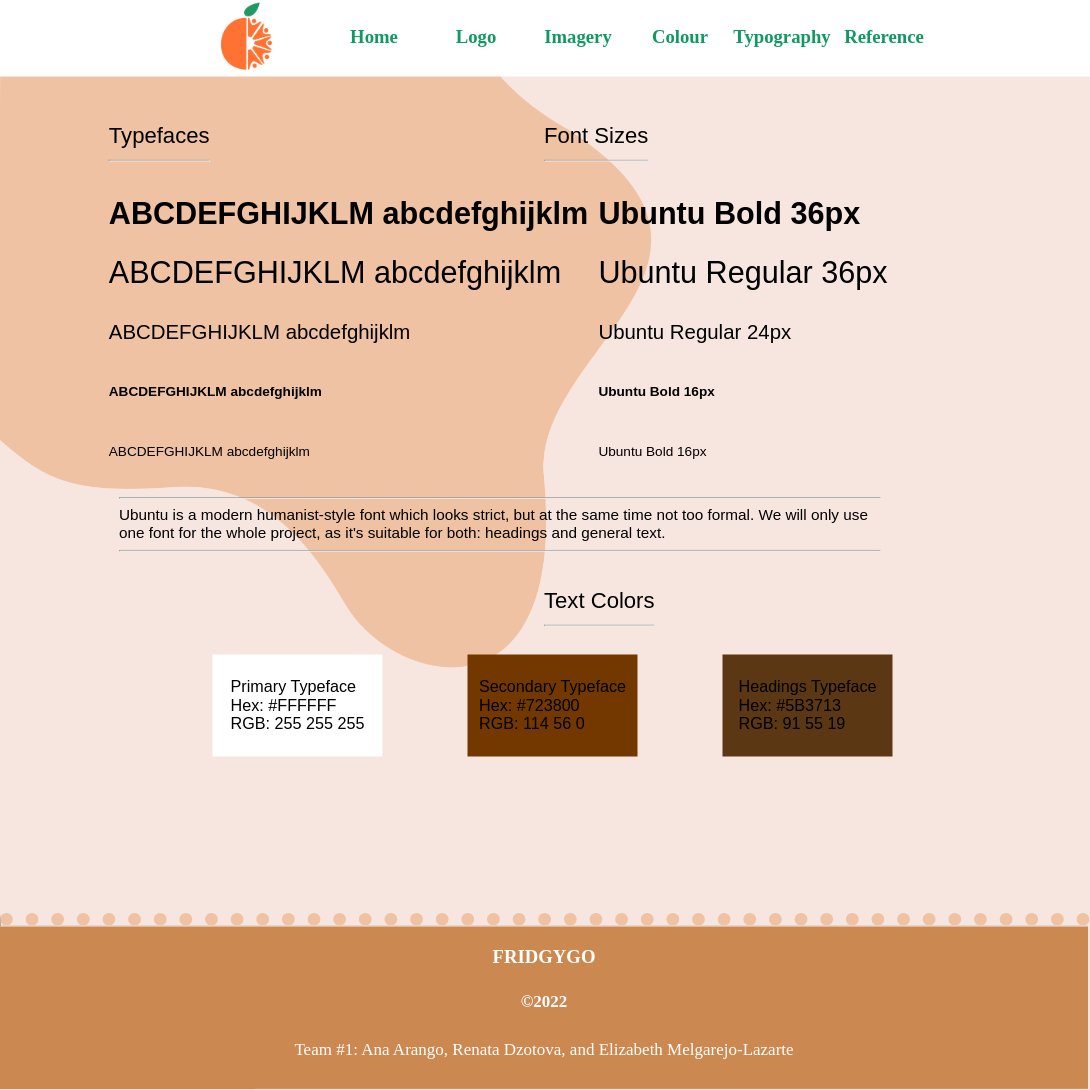
Repository: anagarango/fridgygostyle
Page: http://localhost/typo.php
An editor plug-in stored every save of this project. The page is shown before and after the next save, followed by the edit.
The browser window is 1280 px wide. The page is 1282 px wide, so the pictures cover 1282 px, including what lies to the right of the window. The pictures show the whole page, at 85% of full size.
Some web fonts or font styles are not loaded; a fallback is used. The page is run by PHP 8.4 with error messages shown; the project is at /var/www/html/.

Above is the page before, as saved 2022-03-22 20:58:26.

After the next save:
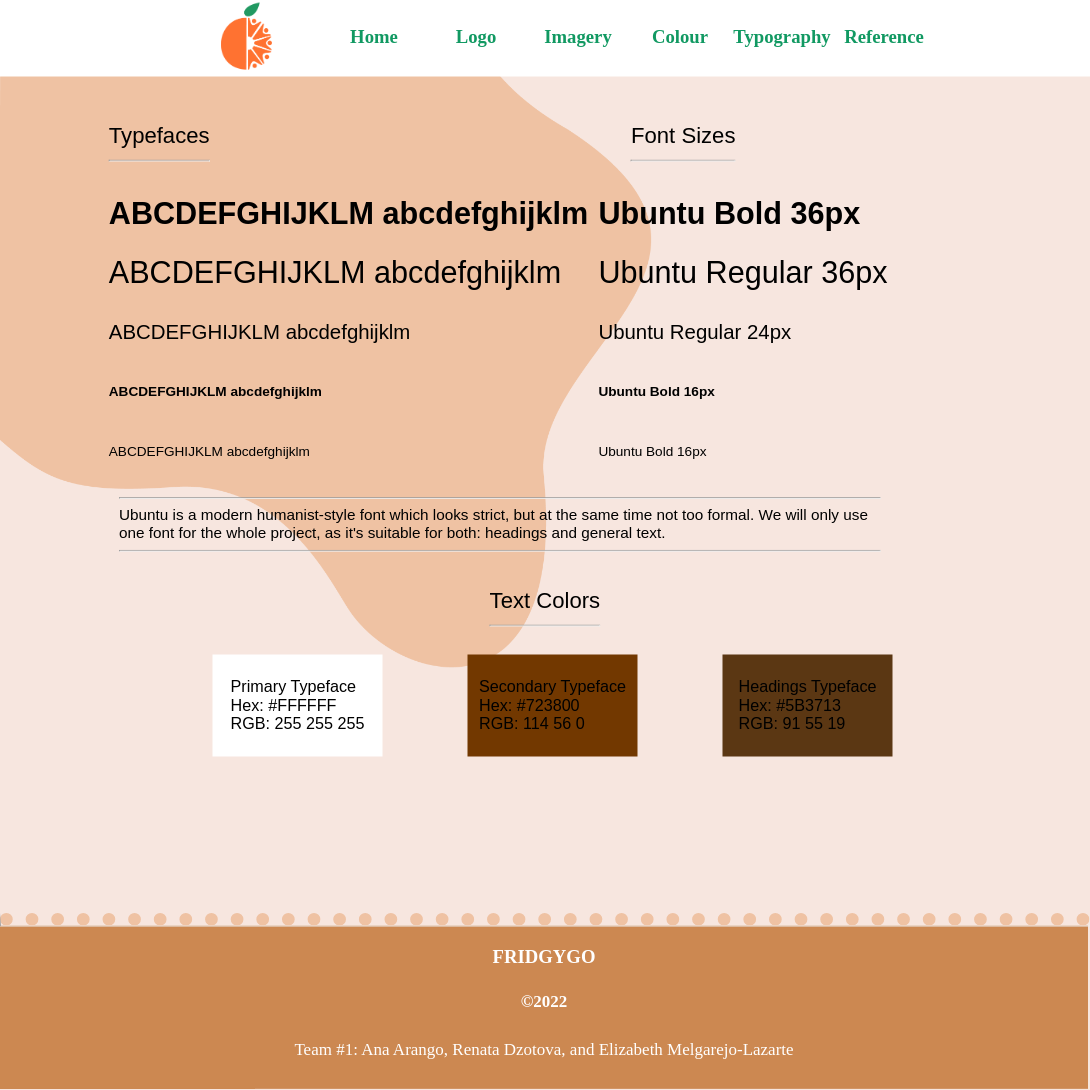
Saved 25 s later.
--- a/typo.php
+++ b/typo.php
@@ -29,14 +29,14 @@
             font-family: 'Ubuntu', sans-serif;
             position: absolute;
             top: 20%;
-            left: 50%;
+            left: 58%;
             font-size: 26px;
         }
         .coolors{
             font-family: 'Ubuntu', sans-serif;
             position: absolute;
             top: 96%;
-            left: 50%;
+            left: 45%;
             font-size: 26px;
         }
 
